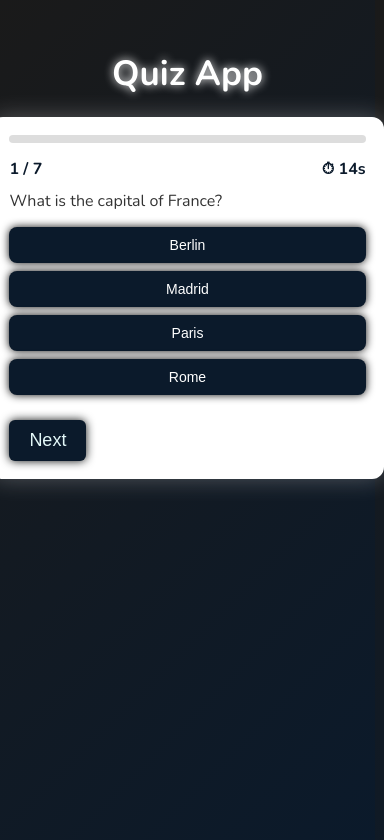
Repository: fatimaqueen9967-eng/SyntacexhubQuizApp
Page: index.html
An editor plug-in stored every save of this project. The page is shown before and after a run of saves, followed by the edit.
The browser window is 375 px wide. The page is 384 px wide, so the pictures cover 384 px, including what lies to the right of the window. The pictures show the whole page.
After loading, the first visible `#startBtn` was clicked once.

Above is the page before, as saved 2026-03-15 21:52:15.

After the next 7 saves:
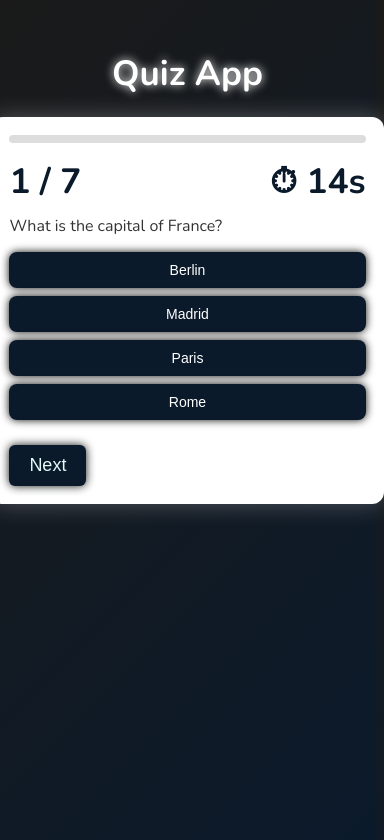
The 7 saves are shown as one change because they came seconds apart.
The last was saved 17 s later.
--- a/style.css
+++ b/style.css
@@ -223,7 +223,7 @@ to{opacity:1}
 @media(max-width:600px){
 
 .box{
-
+    font-size: 35px;
 padding:18px;
 }
 .title{
